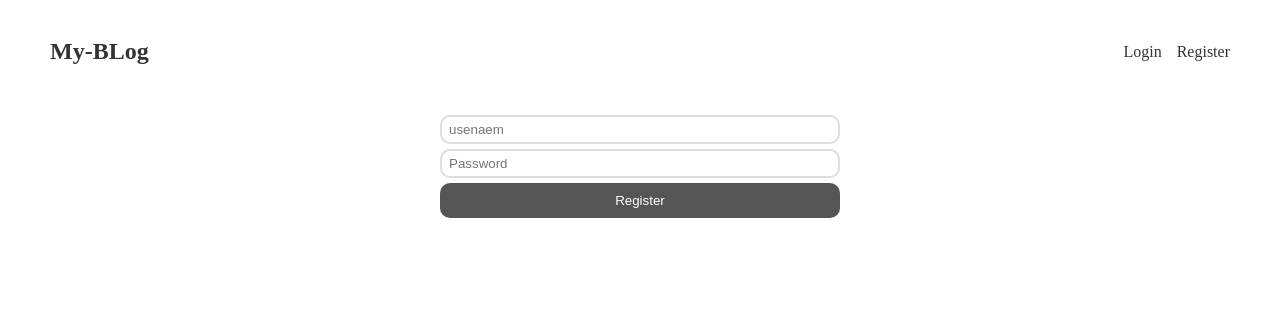
Repository: Attar786/mernblog
Page: /register (app in client/)
These files come from the project's save history. The page is drawn as it stood at one moment and after the next save; the edit follows.
The browser window is 1280 px wide. The pictures show the whole page.
The project was rebuilt for these pictures with package versions that can differ from the ones it lists, and the page was loaded fresh each time. Also part of the build but not shown: client/vite.config.js, client/src/components/Post.jsx, client/src/pages/Indexpage.jsx, client/src/pages/LoginPage.jsx, client/src/index.css.

Above is the page before, as saved 2024-08-14 17:28:06.

After the next save:
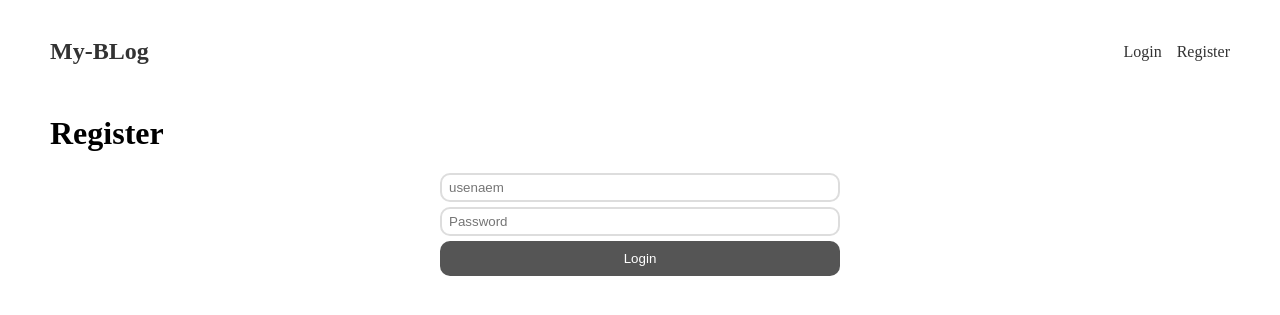
Saved 69 s later.
--- a/client/src/pages/RegisterPage.jsx
+++ b/client/src/pages/RegisterPage.jsx
@@ -1,11 +1,14 @@
 
 const RegisterPage = () => {
   return (
-    <form className="register">
+    <>
+    <h1>Register </h1>
+    <form className="login">
         <input type="text" placeholder="usenaem" />
         <input type="password" placeholder="Password" />
-        <button type="submit">Register</button>
+        <button type="submit">Login</button>
     </form>
+    </>
   )
 }
 
